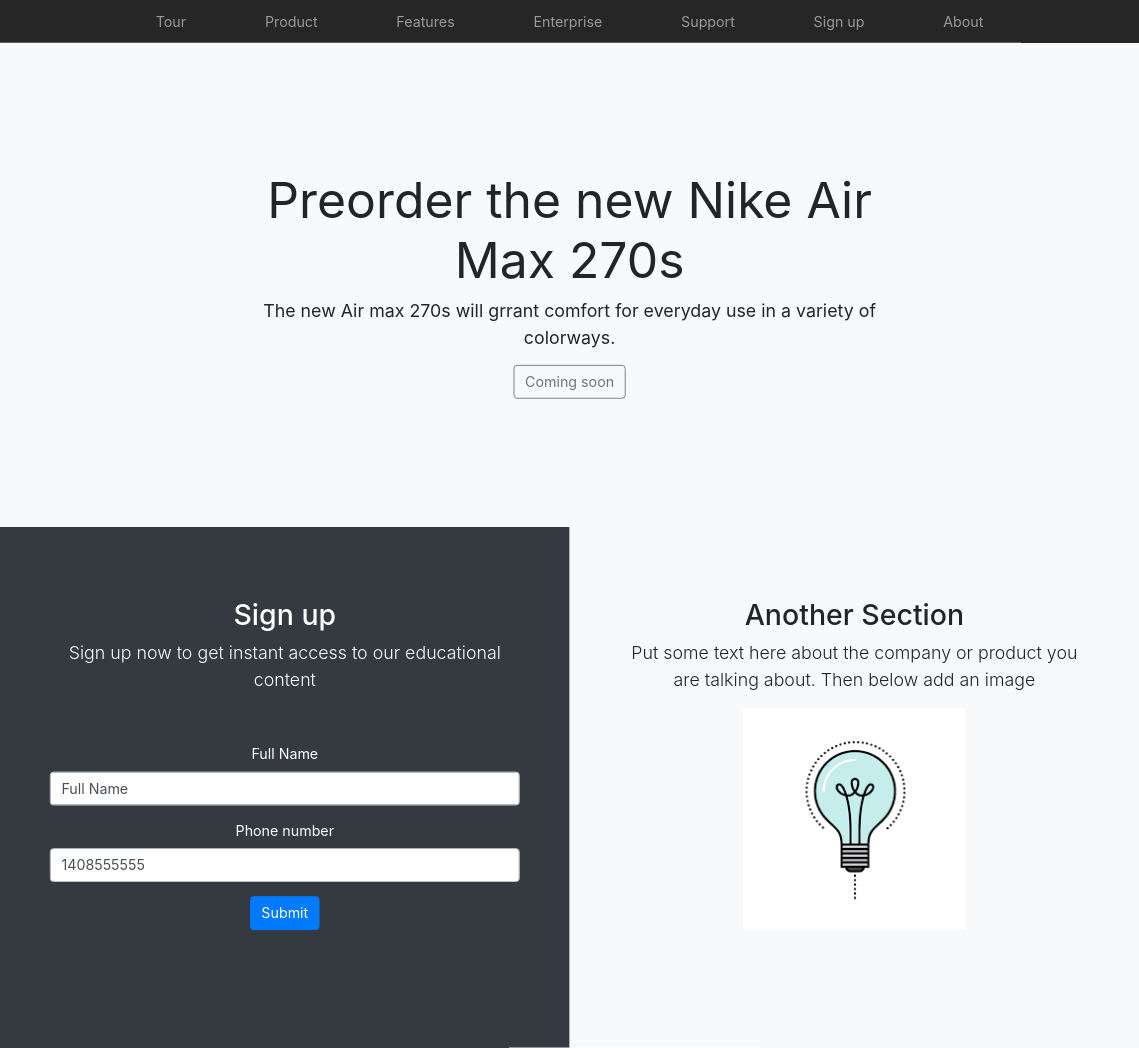
Repository: sfran065/SaraiFranco-Websitee
Page: LearnCS8-Twilio/index.html
The author's editor kept a record of every edit. The page is drawn from the files as they stood at one moment, then again after the next edit.
The browser window is 1280 px wide. The pictures show the whole page, at 89% of full size.

Above is the page before.

After the next edit:
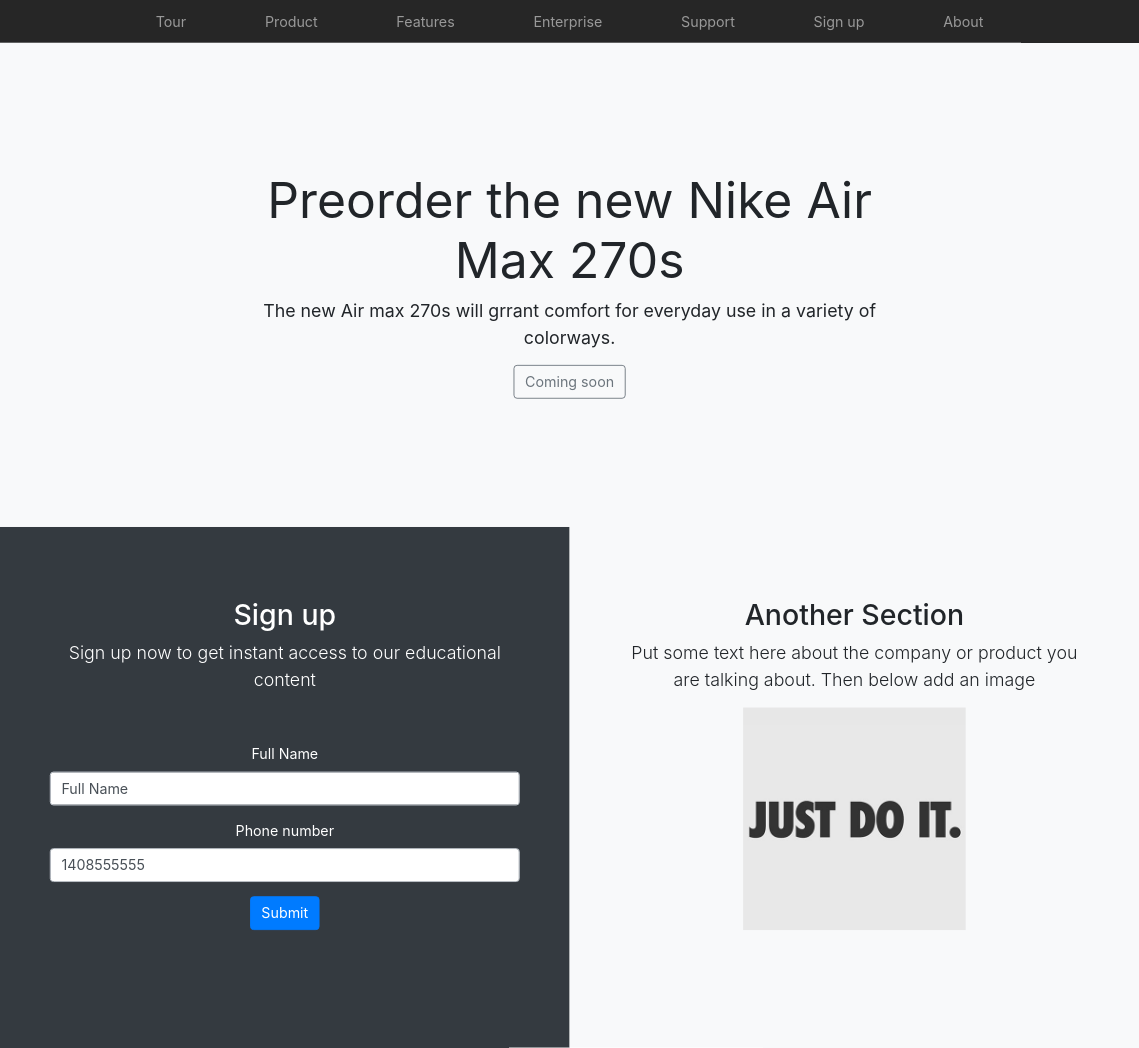
The edit:
--- a/LearnCS8-Twilio/index.html
+++ b/LearnCS8-Twilio/index.html
@@ -79,7 +79,7 @@
         <div class="my-3 p-3">
             <h2 class="display-5">Another Section</h2>
             <p class="lead">Put some text here about the company or product you are talking about. Then below add an image</p>
-            <img class="mx-auto" src="example_image.png" height="250px">
+            <img class="mx-auto" src="nikejustdoit.png" height="250px">
         </div>
         <div class="mx-auto" style="width: 80%; height: 100px; border-radius: 21px 21px 0 0;"></div>
       </div>
